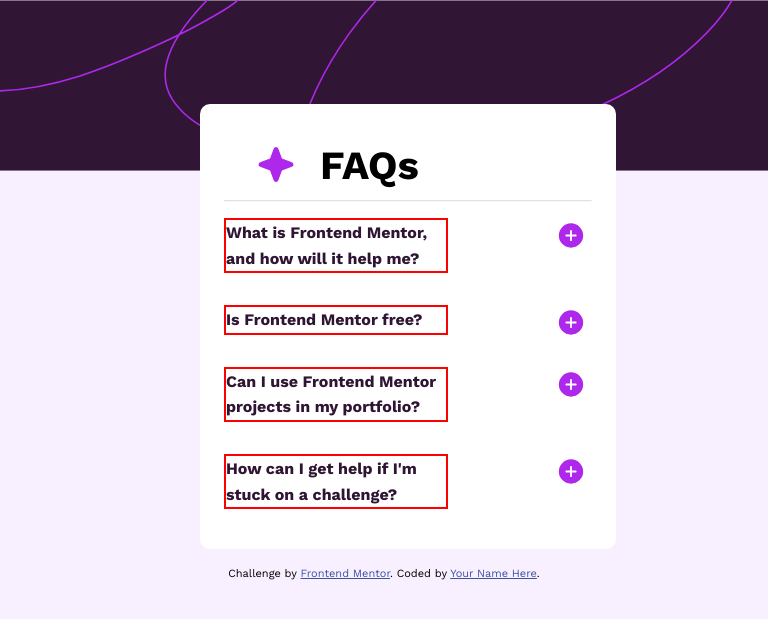
Repository: imokha01/accordion-main
Page: index.html
An editor plug-in stored every save of this project. The page is shown before and after the next save, followed by the edit.
The browser window is 768 px wide. The pictures show the whole page.

Above is the page before, as saved 2023-12-26 11:18:44.

After the next save:
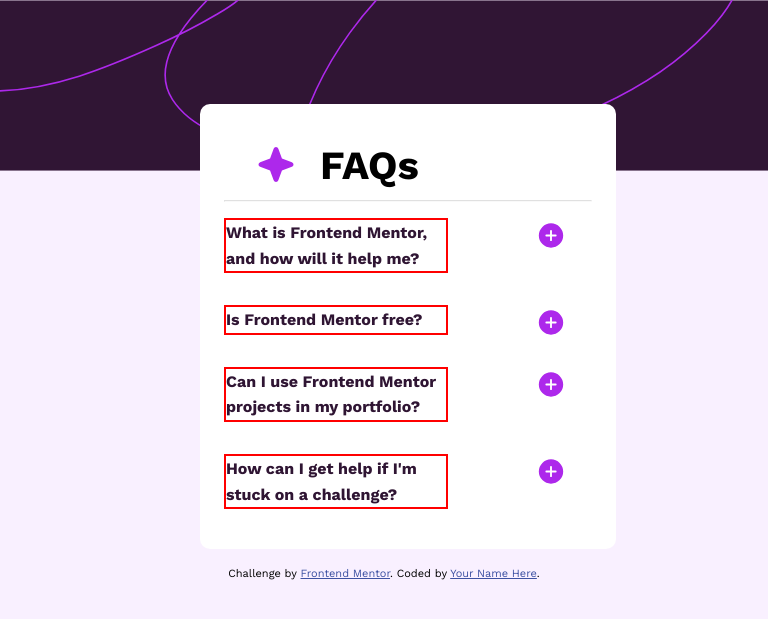
Saved 6 s later.
--- a/index.css
+++ b/index.css
@@ -148,7 +148,7 @@
 
     .title::after,
     .active::after {
-        right: -140px
+        right: -120px
     }
 
     .para {
